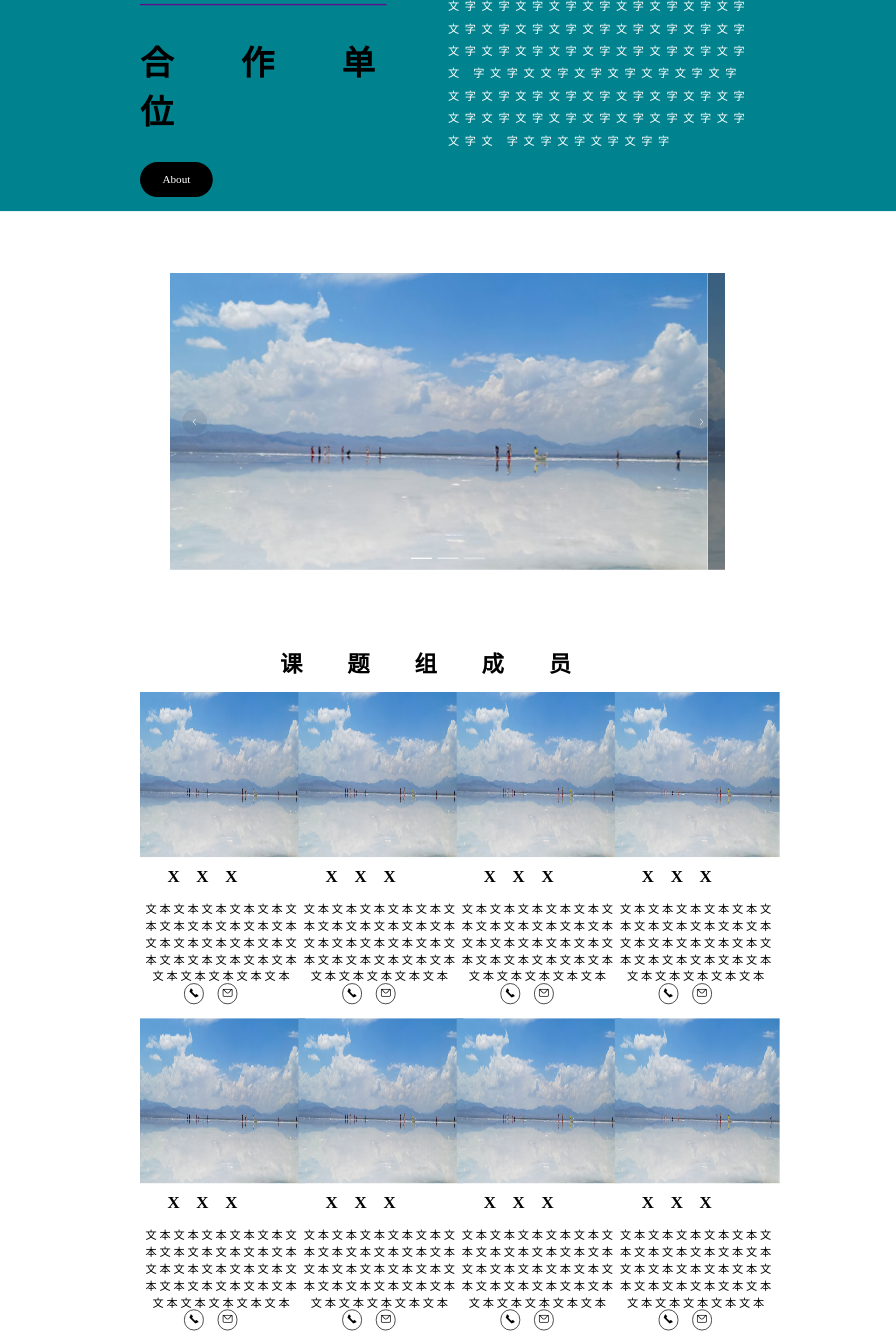
Repository: BLSY/xzust
Page: /
An editor plug-in stored every save of this project. The page is shown before and after the next save, followed by the edit.
The browser window is 1280 px wide. The pictures show the part of the page from y = 992 to 2912 px (the page is 2912 px tall before and 2842 px after), at 70% of full size.
The project was rebuilt for these pictures with package versions that can differ from the ones it lists, and the page was loaded fresh each time.

Above is the page before, as saved 2022-11-27 12:15:41.

After the next save:
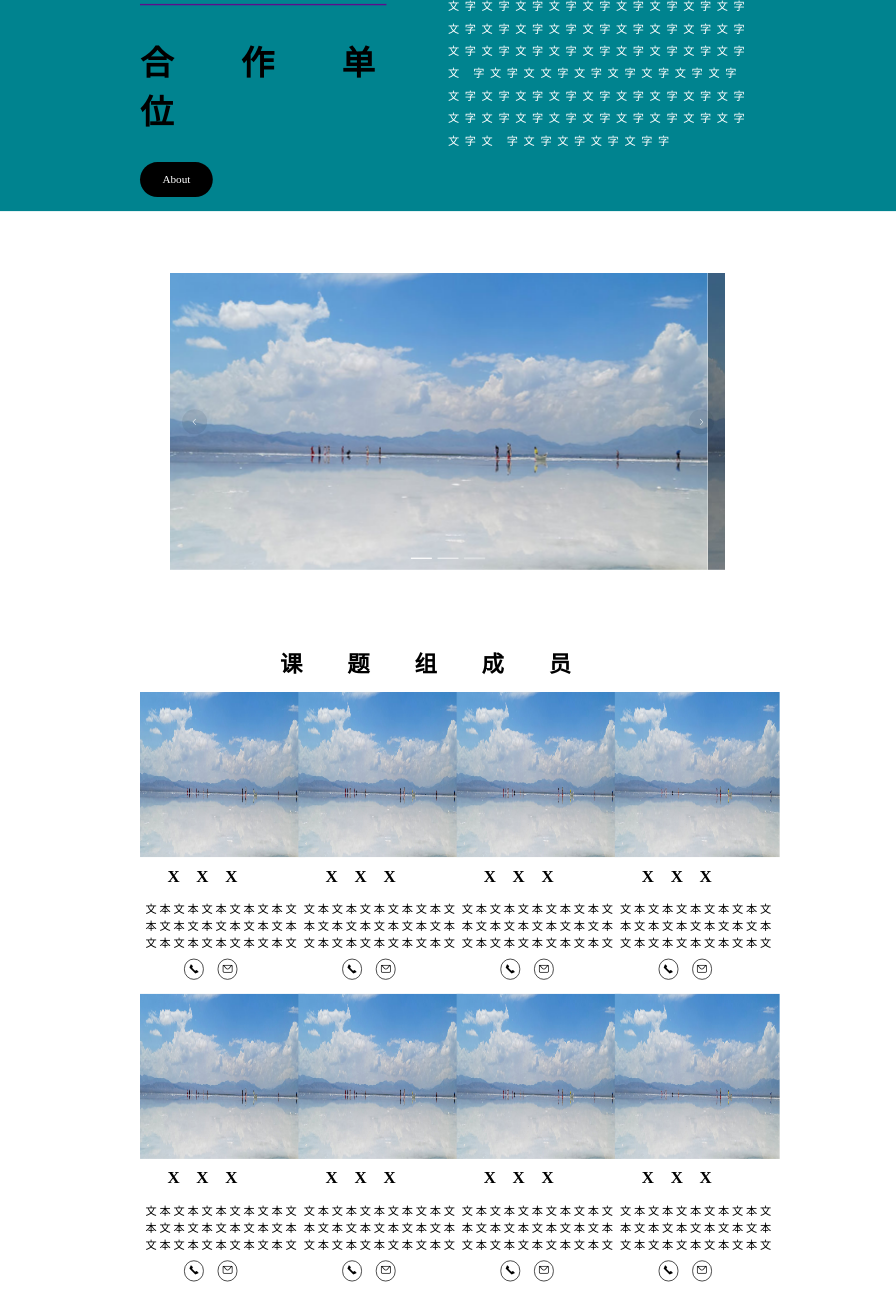
Saved 13 s later.
--- a/src/components/HelloWorld.vue
+++ b/src/components/HelloWorld.vue
@@ -387,7 +387,7 @@ html{
     display: inline-block;
     max-height: 70px;
      -webkit-line-clamp: 3;
-    /* overflow: hidden; */
+    overflow: hidden;
     text-overflow: ellipsis;
     font-size: 1em;
     letter-spacing:0.25em;
